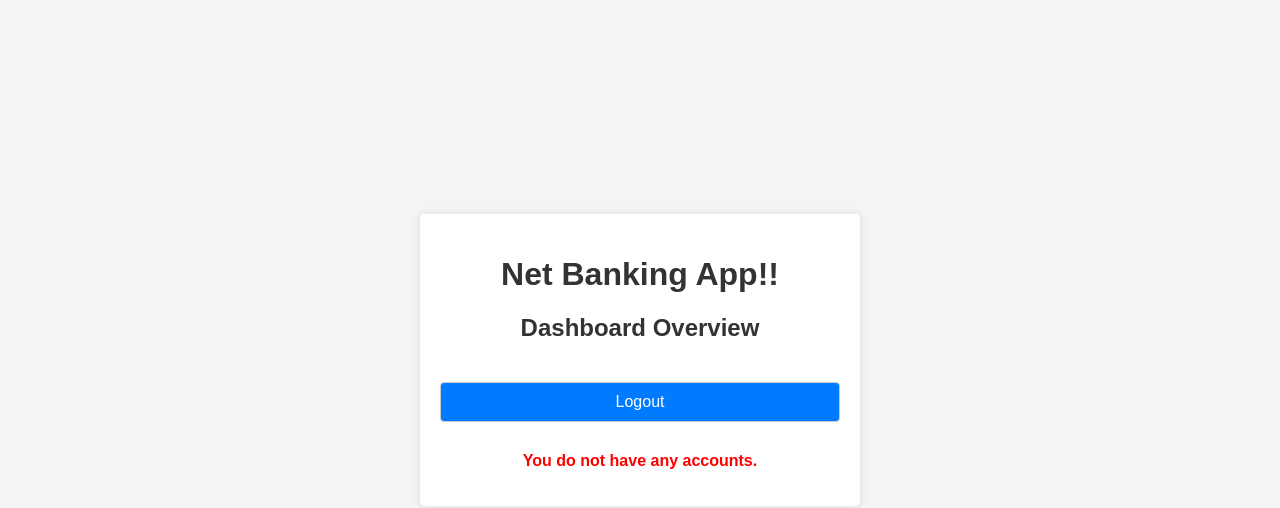
Repository: vinayakGarudi2002/swabhavTrainingProjects
Page: http://localhost/01_banking_application/customerDashboard.jsp
The author's editor kept a copy of each file at every save. The page is drawn from the files as they stood at one save, then again after the next save.
The browser window is 1280 px wide. The pictures show the whole page.
The page is served by Tomcat 9. Other server files are loaded and not shown.

Above is the page before, as saved 2024-08-12 11:41:10.

### 01_banking_application/WebContent/customerDashboard.jsp
<%@ page language="java" contentType="text/html; charset=ISO-8859-1"
    pageEncoding="ISO-8859-1"%>
<%@ page import="java.util.ArrayList" %>
<!DOCTYPE html>
<html lang="en">
<head>
    <meta charset="ISO-8859-1">
    <meta name="viewport" content="width=device-width, initial-scale=1.0">
    <title>Customer Dashboard</title>
    <link rel="stylesheet" type="text/css" href="static/css/styles.css">
</head>
<body>
    <div class="dashboard-container">
        <div class="header">
            <h1>Net Banking App!!</h1>
        </div>
        <div class="content">
            <h2>Dashboard Overview</h2>
            <form action="LogoutServlet" method="post">
                <button type="submit">Logout</button>
            </form>
            <%
                // Retrieve the list of account numbers from the session
                ArrayList<Long> accountNumbers = (ArrayList<Long>)session.getAttribute("accounts");

                if (accountNumbers != null && !accountNumbers.isEmpty()) {
            %>
            <form method="POST" action="selectAccountServlet">
                <label for="accountSelect">Select Your Account:</label>
                <select id="accountSelect" name="selectedAccount">
                    <%
                        for (Long accountNumber : accountNumbers) {
                            out.println("<option value='" + accountNumber + "'>" + accountNumber + "</option>");
                        }
                    %>
                </select>
                <button type="submit">Select Account</button>
            </form>
            <%
                } else {
            %>
            <p class="error-message">You do not have any accounts.</p>
            <%
                }
            %>
        </div>
    </div>
</body>
</html>

### 01_banking_application/WebContent/static/css/styles.css
/* styles.css */
body {
    font-family: Arial, sans-serif;
    background-color: #f4f4f4;
    display: flex;
    justify-content: center;
    align-items: center;
    height: 100vh;
    margin: 0;
}

.login-container {
    background-color: #fff;
    padding: 20px;
    border-radius: 5px;
    box-shadow: 0 0 10px rgba(0, 0, 0, 0.1);
    width: 300px;
}

h2 {
    margin-bottom: 20px;
    font-size: 24px;
    color: #333;
    text-align: center;
}

.form-group {
    margin-bottom: 15px;
}

label {
    display: block;
    margin-bottom: 5px;
    color: #555;
}

input[type="email"],
input[type="password"] {
    width: 100%;
    padding: 8px;
    box-sizing: border-box;
    border: 1px solid #ddd;
    border-radius: 4px;
}

button {
    width: 100%;
    padding: 10px;
    background-color: #007bff;
    color: white;
    border: none;
    border-radius: 4px;
    cursor: pointer;
    font-size: 16px;
}

button:hover {
    background-color: #0056b3;
}

.error-message {
    color: red;
    margin-top: 10px;
    text-align: center;
}

/* Additional styles for dashboard */
.dashboard-container {
    background-color: #fff;
    padding: 20px;
    border-radius: 5px;
    box-shadow: 0 0 10px rgba(0, 0, 0, 0.1);
    width: 400px;
    margin: 50px auto;
    text-align: center;
}

.admin-actions {
    list-style-type: none;
    padding: 0;
    margin: 20px 0;
}

.admin-actions li {
    margin: 10px 0;
}

.admin-actions a {
    text-decoration: none;
    color: #007bff;
    font-size: 18px;
}

.admin-actions a:hover {
    text-decoration: underline;
}

button {
    width: 100%;
    padding: 10px;
    background-color: #dc3545;
    color: white;
    border: none;
    border-radius: 4px;
    cursor: pointer;
    font-size: 16px;
    margin-top: 20px;
}

button:hover {
    background-color: #c82333;
}

/* add customer   */
.form-container {
    background-color: #fff;
    padding: 20px;
    border-radius: 5px;
    box-shadow: 0 0 10px rgba(0, 0, 0, 0.1);
    width: 400px;
    margin: 50px auto;
    text-align: left;
}

.form-container h2 {
    text-align: center;
    margin-bottom: 20px;
}

.form-container label {
    display: block;
    margin-bottom: 5px;
    font-weight: bold;
}

.form-container input[type="text"],
.form-container input[type="email"],
.form-container input[type="password"] {
    width: 100%;
    padding: 10px;
    margin-bottom: 20px;
    border: 1px solid #ccc;
    border-radius: 4px;
}

.form-container button {
    width: 100%;
    padding: 10px;
    background-color: #007bff;
    color: white;
    border: none;
    border-radius: 4px;
    cursor: pointer;
    font-size: 16px;
    margin:9px;
}

.form-container button:hover {
    background-color: #0056b3;
}

.error-message {
    color: red;
    font-weight: bold;
    margin-top: 20px;
    text-align: center;
}

.succes-message {
    color: green;
    font-weight: bold;
    margin-top: 20px;
    text-align: center;
}



/*vew all customer  */

  .customer-view-container {
            background-color: #fff;
            padding: 20px;
            border-radius: 5px;
            box-shadow: 0 0 10px rgba(0, 0, 0, 0.1);
            width: 600px;
            margin: 50px auto;
        }

        .customer-view-container h2 {
            text-align: center;
            margin-bottom: 20px;
            color: #333;
        }

        table {
            width: 100%;
            border-collapse: collapse;
            margin-bottom: 20px;
        }

        table th, table td {
            border: 1px solid #ddd;
            padding: 10px;
            text-align: center;
        }

        table th {
            background-color: #007bff;
            color: white;
        }

        table td {
            background-color: #f9f9f9;
            color: #333;
        }





  .form-container {
            background-color: #fff;
            padding: 20px;
            border-radius: 5px;
            box-shadow: 0 0 10px rgba(0, 0, 0, 0.1);
            width: 400px;
            margin: 50px auto;
        }

        h2 {
            text-align: center;
            margin-bottom: 20px;
            color: #333;
        }

        label {
            display: block;
            margin-bottom: 10px;
            font-weight: bold;
            color: #555;
        }

        select, input[type="text"] {
            width: 100%;
            padding: 10px;
            margin-bottom: 20px;
            border: 1px solid #ccc;
            border-radius: 4px;
        }

        button {
            width: 48%;
            padding: 10px;
            background-color: #007bff;
            color: white;
            border: none;
            border-radius: 4px;
            cursor: pointer;
            font-size: 16px;
        }

        button:hover {
            background-color: #0056b3;
        }

        .error-message {
            color: red;
            font-weight: bold;
            margin-top: 20px;
            text-align: center;
        }

        .success-message {
            color: green;
            font-weight: bold;
            margin-top: 20px;
            text-align: center;
        }

        .buttons-container {
            display: flex;
            justify-content: space-between;
        }


        /* customer Operation */

        .header {
            margin-bottom: 20px;
            color: #333;
            text-align: center;
        }

        .content h2 {
            margin-bottom: 20px;
            color: #333;
        }

        select, button[type="submit"] {
            width: 100%;
            padding: 10px;
            margin-bottom: 20px;
            border: 1px solid #ccc;
            border-radius: 4px;
        }

        .error-message {
            color: red;
            margin-top: 10px;
            text-align: center;
        }

After the next save:
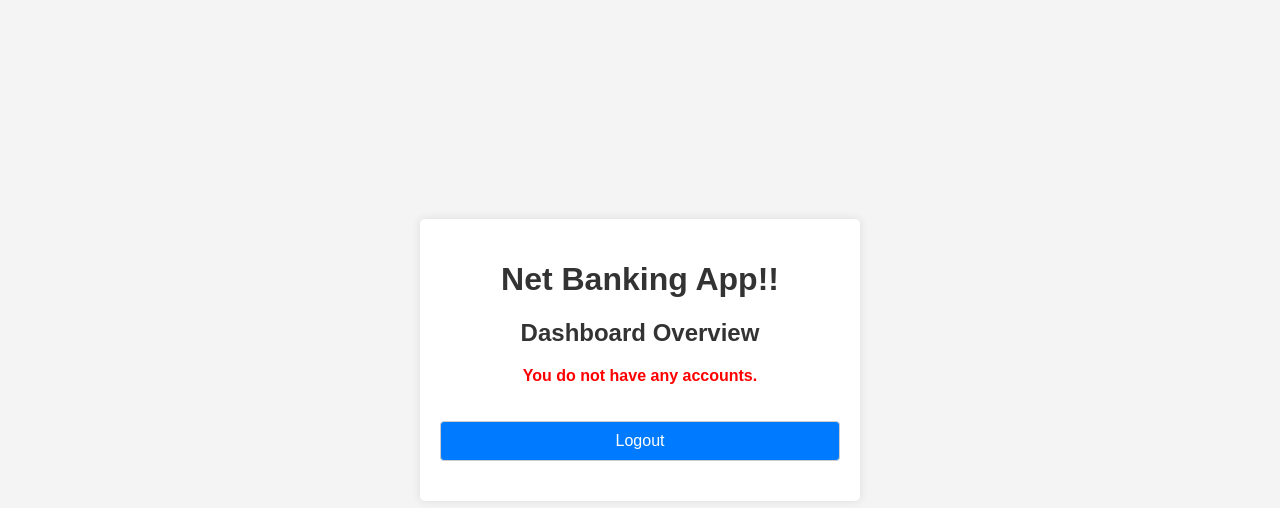
Saved 24 s later.
--- a/01_banking_application/WebContent/customerDashboard.jsp
+++ b/01_banking_application/WebContent/customerDashboard.jsp
@@ -16,9 +16,7 @@
         </div>
         <div class="content">
             <h2>Dashboard Overview</h2>
-            <form action="LogoutServlet" method="post">
-                <button type="submit">Logout</button>
-            </form>
+
             <%
                 // Retrieve the list of account numbers from the session
                 ArrayList<Long> accountNumbers = (ArrayList<Long>)session.getAttribute("accounts");
@@ -43,6 +41,10 @@
             <%
                 }
             %>
+
+            <form action="LogoutServlet" method="post">
+                <button type="submit">Logout</button>
+            </form>
         </div>
     </div>
 </body>
